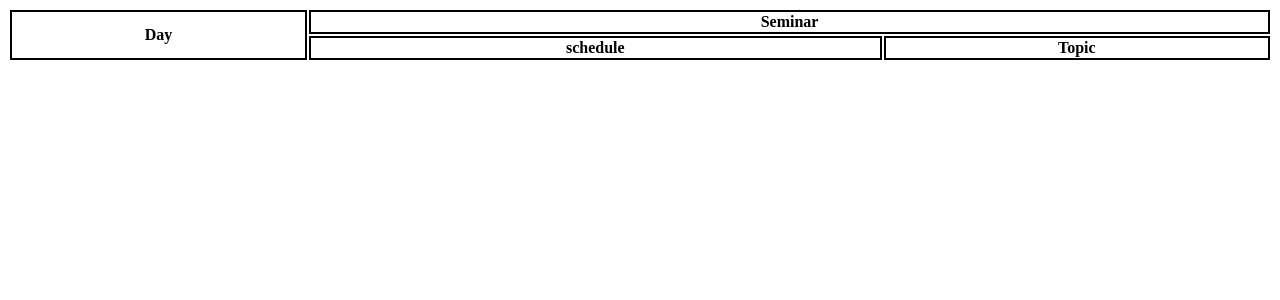
Repository: pratixa-chauhan/practice
Page: schedule.html
An editor plug-in stored every save of this project. The page is shown before and after the next save, followed by the edit.
The browser window is 1280 px wide. The pictures show the whole page.

Above is the page before, as saved 2021-12-20 14:11:32.

### schedule.html
<!DOCTYPE html>
<html>
    <style>
        table th,td{
            border:2px solid black ;
            font-size: medium;

        }
    </style>
    <body>
        <table style="width: 100%;">
            <tr>
                <th rowspan="3">Day</th>
                <th colspan="3">Seminar</th>


            </tr>
            <tr>
                <th colspan="2">schedule</th>
                <th rowspan="2">Topic</th>
            </tr>


            </th>

        </table>
    </body>
</html>

After the next save:
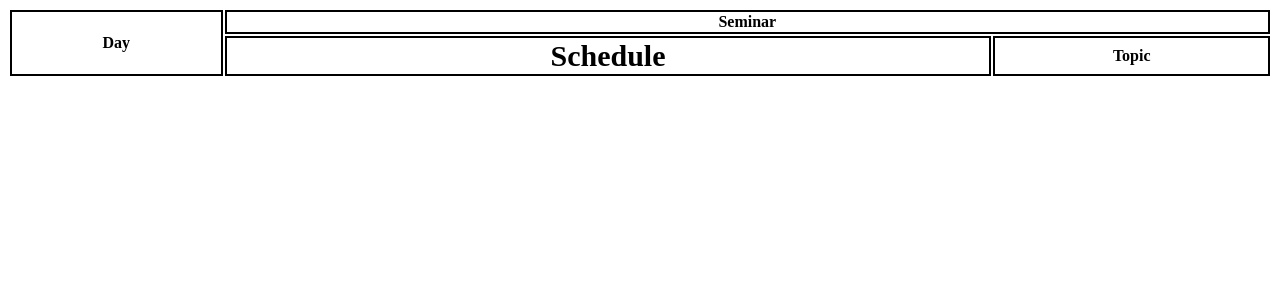
Saved 63 s later.
--- a/schedule.html
+++ b/schedule.html
@@ -16,7 +16,7 @@
 
             </tr>
             <tr>
-                <th colspan="2">schedule</th>
+                <th style="font-size: 30px;" colspan="2">Schedule</th>
                 <th rowspan="2">Topic</th>
             </tr>
 
